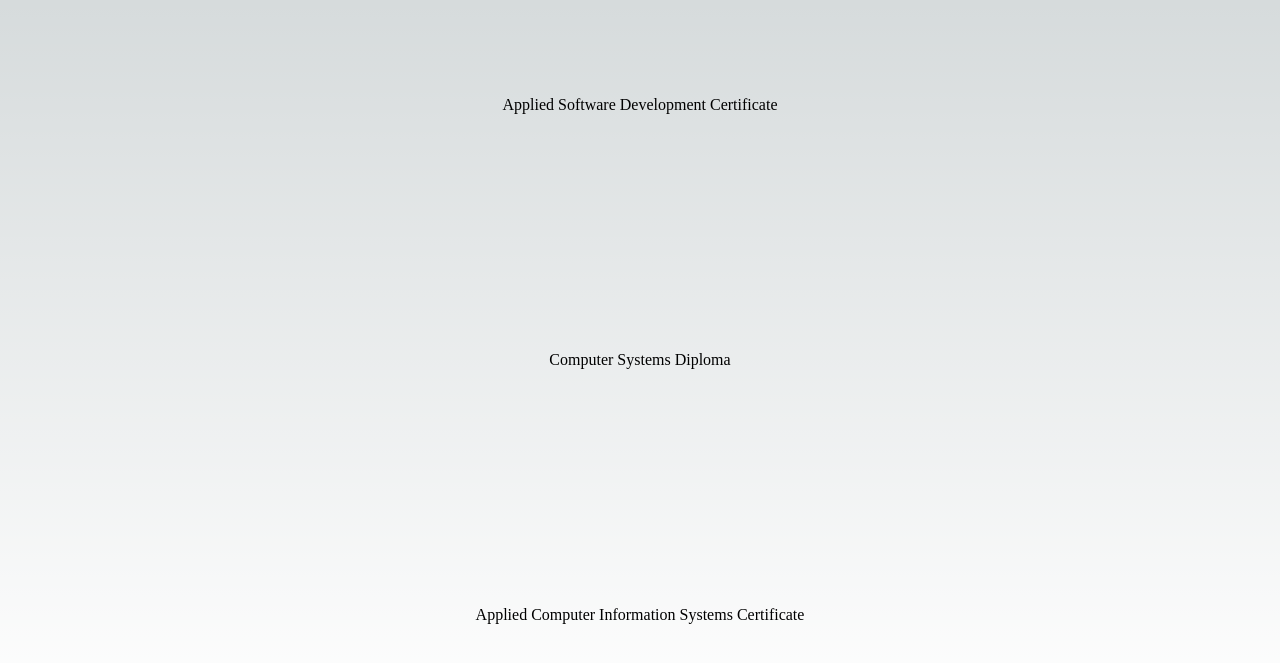
Repository: giovanabirck/mdia2109-class03
Page: / (app in example.map/)
The author's editor kept a copy of each file at every save. The page is drawn from the files as they stood at one save, then again after the next save.
The browser window is 1280 px wide. The pictures show the whole page.
The project was rebuilt for these pictures with package versions that can differ from the ones it lists, and the page was loaded fresh each time. The framework's server and built-in components were replaced by stand-ins that run in the browser. Also part of the build but not shown: example.map/next.config.js.

Above is the page before, as saved 2023-01-19 14:38:04.

After the next save:
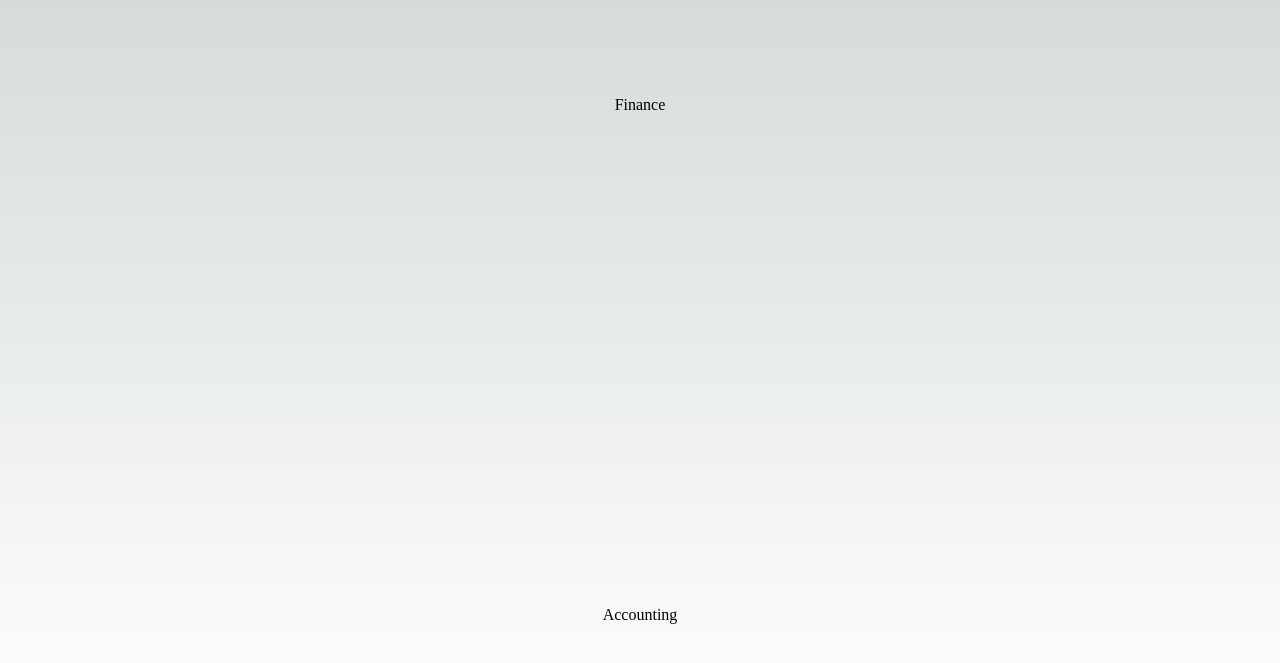
Saved 13 s later.
--- a/example.map/pages/index.js
+++ b/example.map/pages/index.js
@@ -24,7 +24,7 @@ export default function Home() {
       <main className={styles.main}>
         {
           information && information.map((info, index) => {
-            if(info.department.toLowerCase() === "computing") {
+            if(info.department.toLowerCase() === "business") {
               return(
                 <div key={index}>{info.degree}</div>
               )
